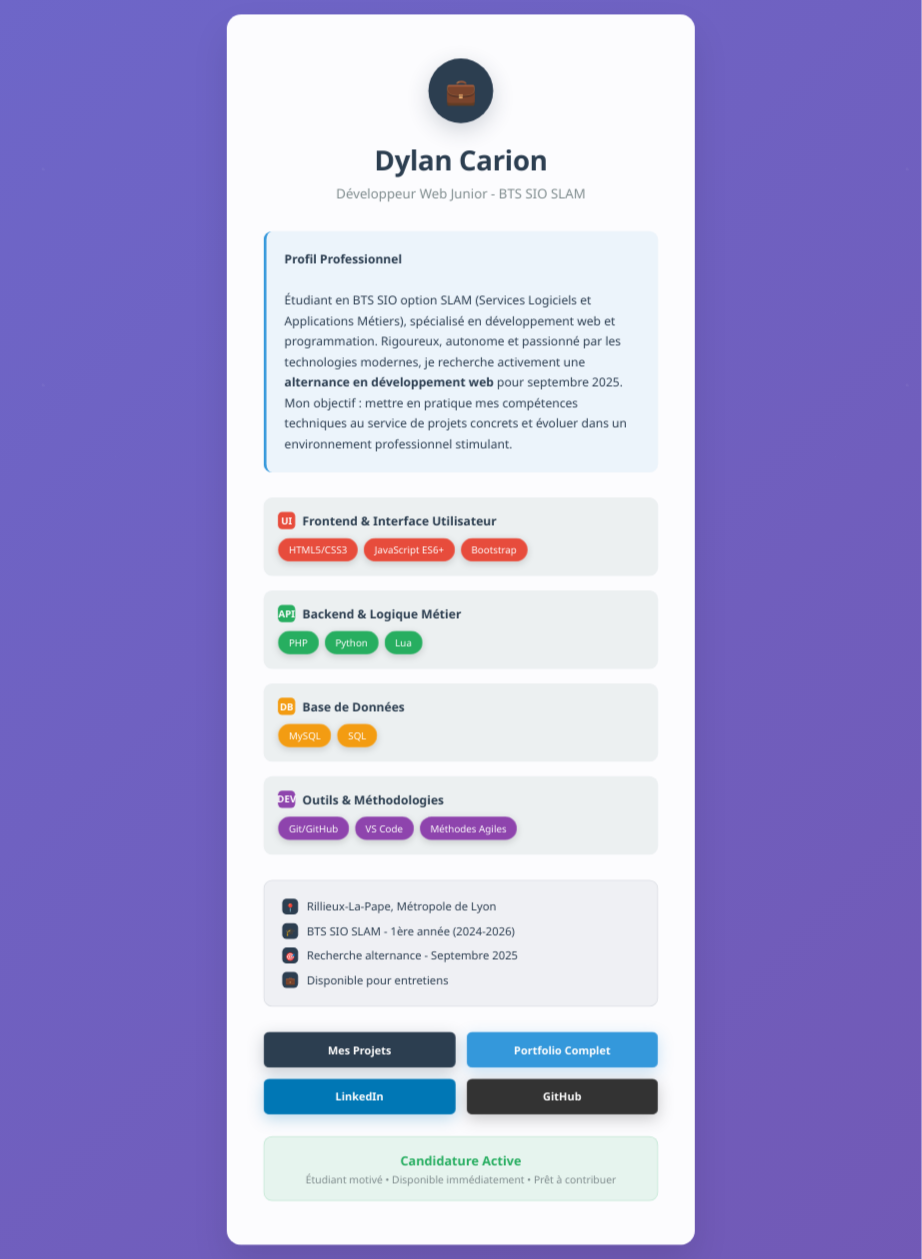
Repository: gato2fraises/Portfolio
Page: cv.html
The author's editor kept a copy of each file at every save. The page is drawn from the files as they stood at one save, then again after the next save.
The browser window is 1280 px wide. The pictures show the whole page, at 72% of full size.

Above is the page before, as saved 2025-09-10 16:02:22.

After the next save:
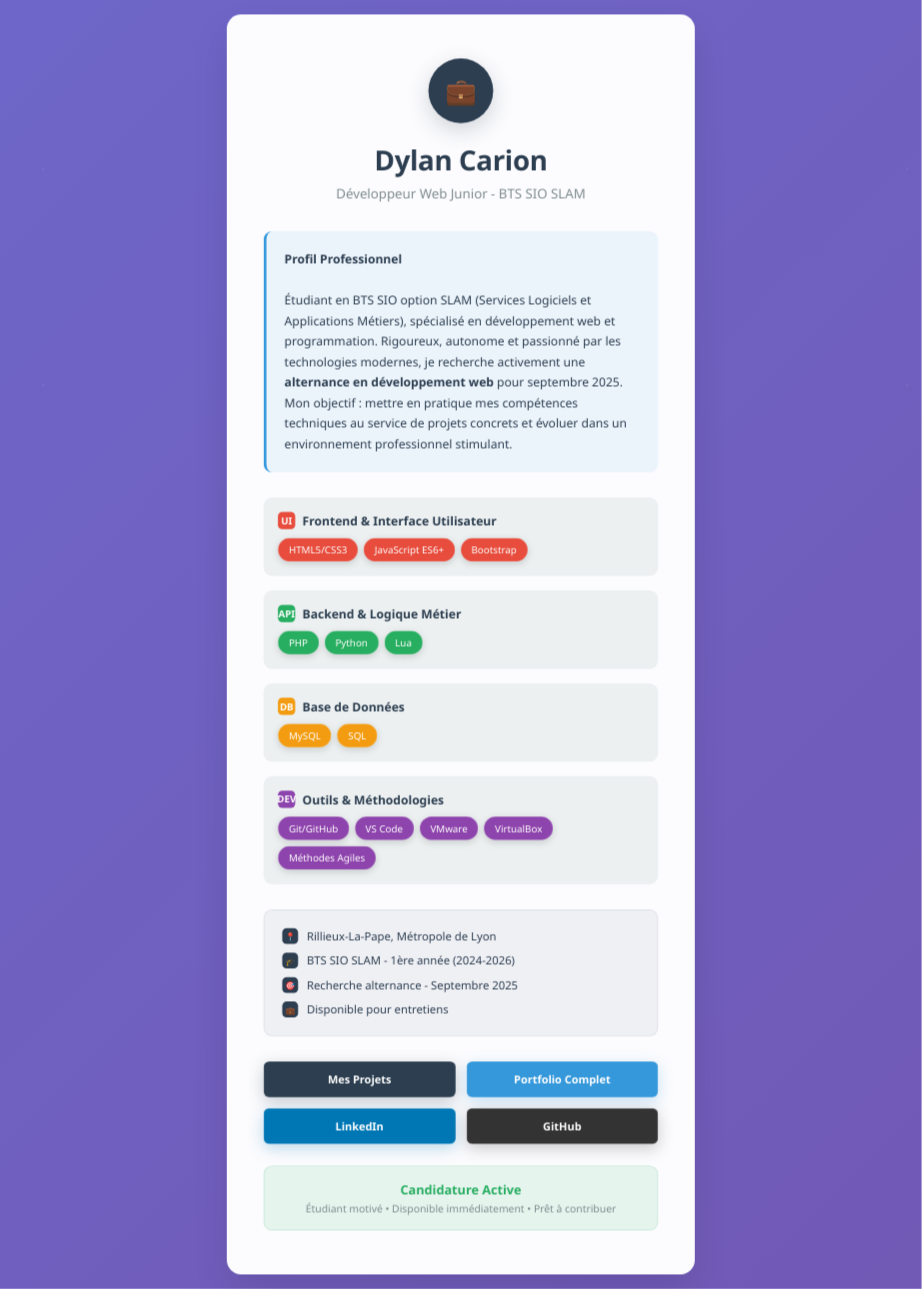
Saved 12 min 12 s later.
--- a/cv.html
+++ b/cv.html
@@ -530,6 +530,8 @@
                 <div class="skills">
                     <span class="skill-tag">Git/GitHub</span>
                     <span class="skill-tag">VS Code</span>
+                    <span class="skill-tag">VMware</span>
+                    <span class="skill-tag">VirtualBox</span>
                     <span class="skill-tag">Méthodes Agiles</span>
                 </div>
             </div>
